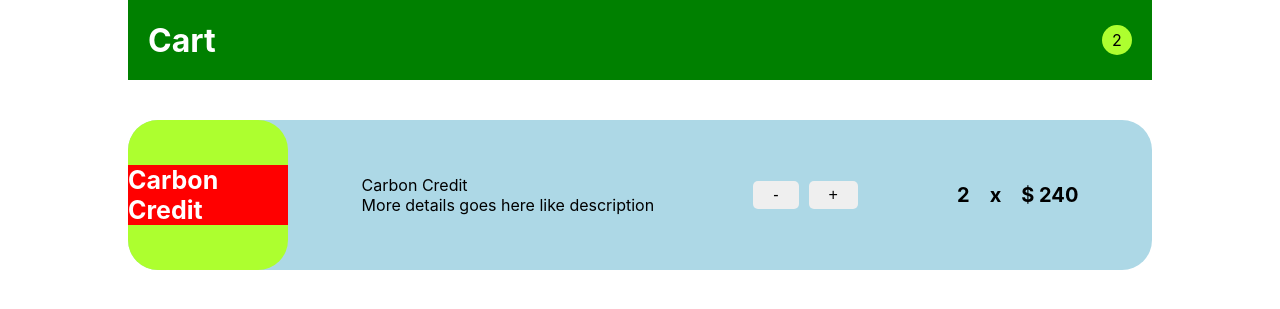
Repository: Yowani24/CarbonApp
Page: /cart
The author's editor kept a copy of each file at every save. The page is drawn from the files as they stood at one save, then again after the next save.
The browser window is 1280 px wide. The pictures show the whole page.
The project was rebuilt for these pictures with package versions that can differ from the ones it lists, and the page was loaded fresh each time. The framework's server and built-in components were replaced by stand-ins that run in the browser. Also part of the build but not shown: next.config.js.

Above is the page before, as saved 2021-09-26 20:47:26.

After the next save:
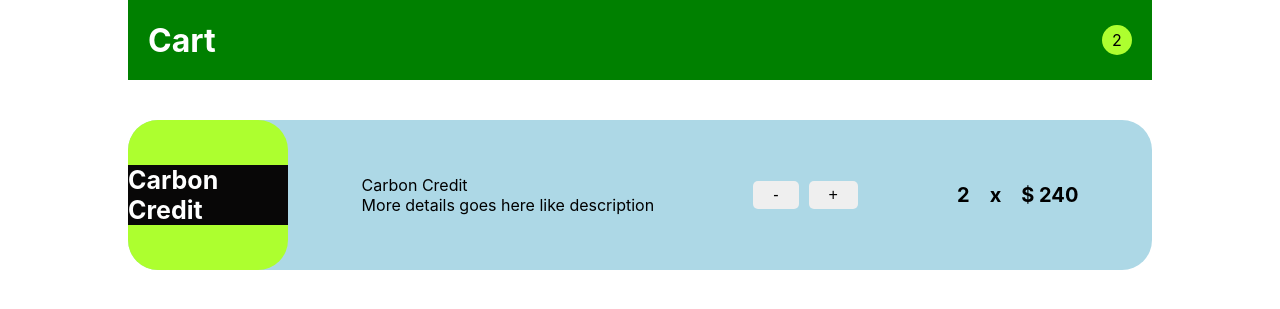
Saved 10 s later.
--- a/pages/cart/Cart.module.css
+++ b/pages/cart/Cart.module.css
@@ -49,7 +49,8 @@
 }
 .box h3{
     font-size: 25px;
-    background: red;
+    background: rgb(8, 7, 7);
+    width: 200px;
 }
 .product_details{
     display: flex;
